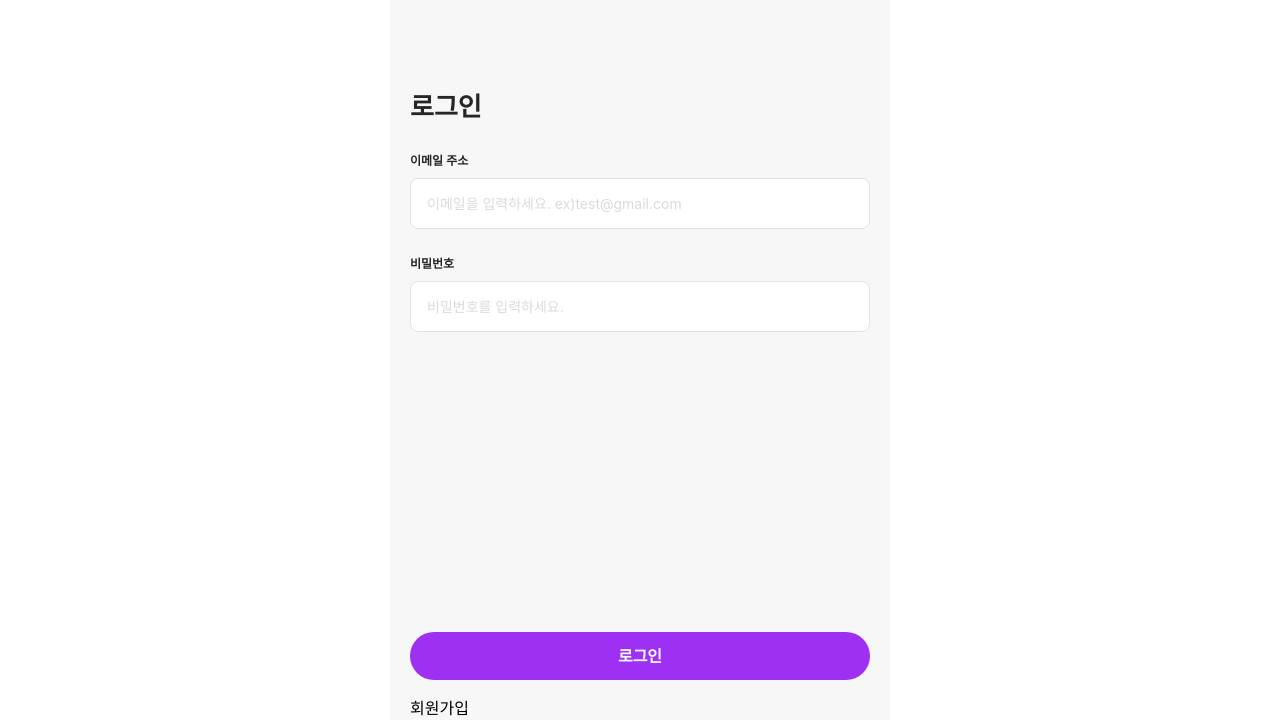
Repository: Hwang-uihyuk/wanted-pre-onboarding-frontend
Page: /todo
The author's editor kept a copy of each file at every save. The page is drawn from the files as they stood at one save, then again after the next save.
The browser window is 1280 px wide. The pictures show the whole page.
The page's requests for data from a server got no answer. The project was rebuilt for these pictures with package versions that can differ from the ones it lists, and the page was loaded fresh each time. No one was signed in, and anything a server would have sent is missing. Also part of the build but not shown: src/pages/SignUp.jsx, src/pages/Home.jsx, src/pages/NotFound.jsx, src/components/AddTodo.jsx.

Above is the page before, as saved 2023-02-10 10:00:45.

After the next save:
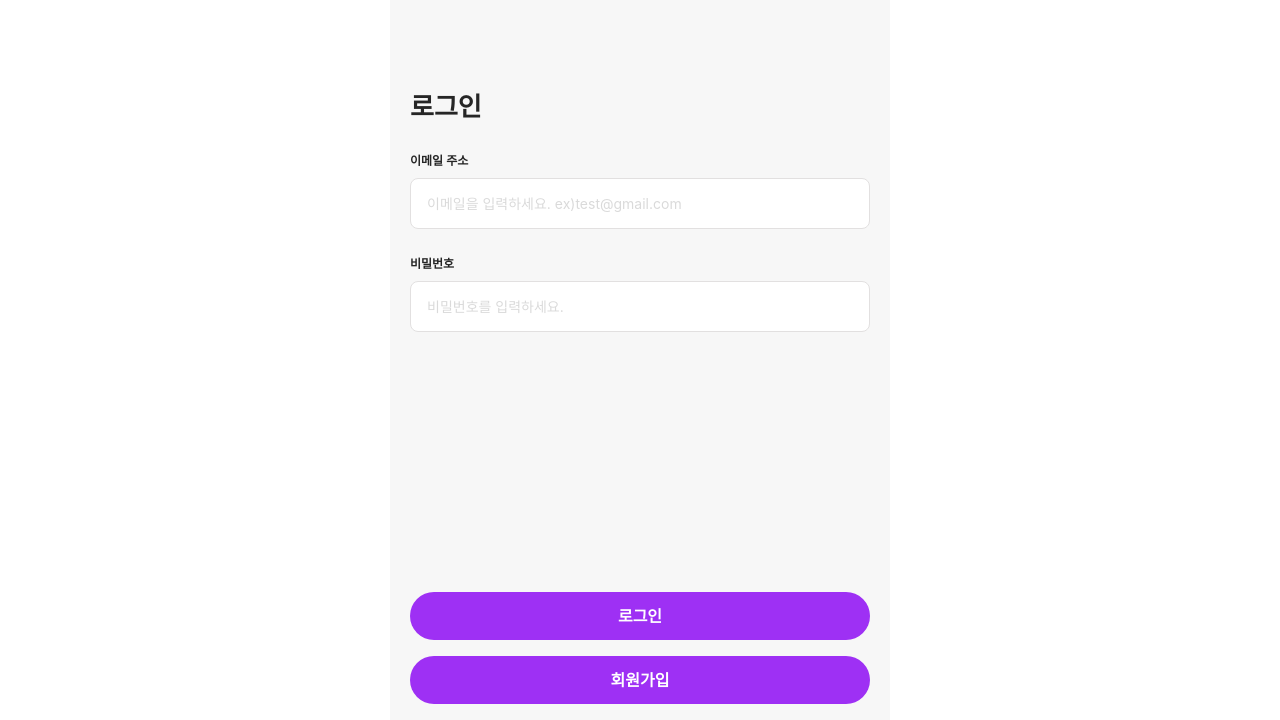
Saved 5 s later.
--- a/src/pages/SignIn.jsx
+++ b/src/pages/SignIn.jsx
@@ -85,7 +85,7 @@ export default function SignIn() {
       <button onClick={onLoginButton} className="bottomButton">
         로그인
       </button>
-      <button className='bottonButton'>회원가입</button>
+      <button className='bottomButton'>회원가입</button>
     </div>
   </div>
   )
